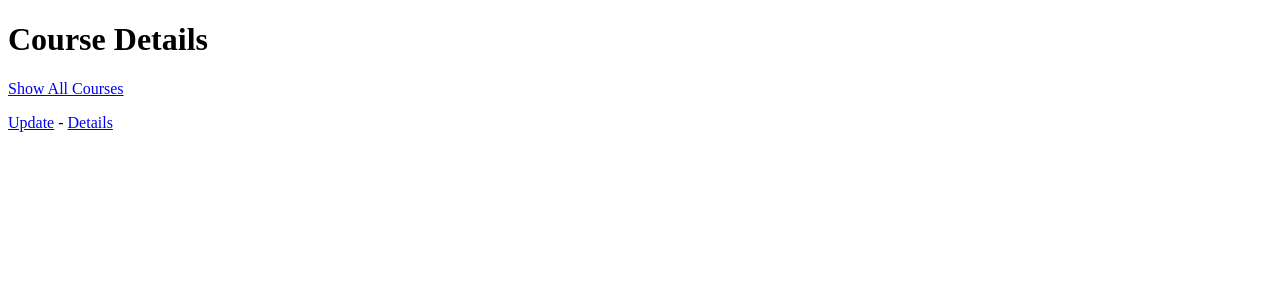
Repository: dave45678/Lesson15
Page: http://localhost/Lesson10/show.jsp
These files come from the project's save history. The page is drawn as it stood at one moment and after the next save; the edit follows.
The browser window is 1280 px wide. The pictures show the whole page.
The page is served by Tomcat 9.

Above is the page before, as saved 2017-09-06 20:12:05.

After the next save:
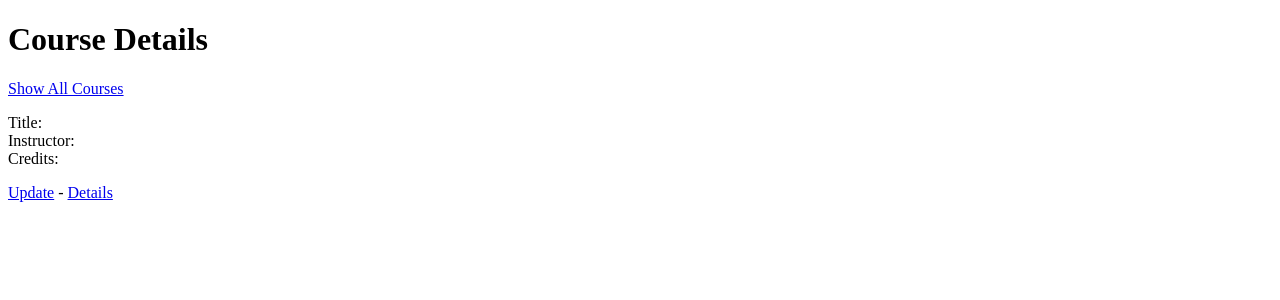
Saved 95 s later.
--- a/JavaEE/workspace/Lesson10/WebContent/show.jsp
+++ b/JavaEE/workspace/Lesson10/WebContent/show.jsp
@@ -13,10 +13,9 @@
 <p/>
 
  <c:set var="course" value="${course}"/>
- <c:out value="${course.title}"></c:out></td>
- <c:out value="${course.instructor}"></c:out></td>
- <c:out value="${course.credit}"></c:out></td>
- <p/>
+ Title: <c:out value="${course.title}"></c:out><br/>
+ Instructor: <c:out value="${course.instructor}"></c:out><br/>
+ Credits: <c:out value="${course.credit}"></c:out><p/>
  <a href="/update?id=<c:out value="${course.id}"></c:out>">Update</a> -
  <a href="/show?id=<c:out value="${course.id}"></c:out>">Details</a>
 
